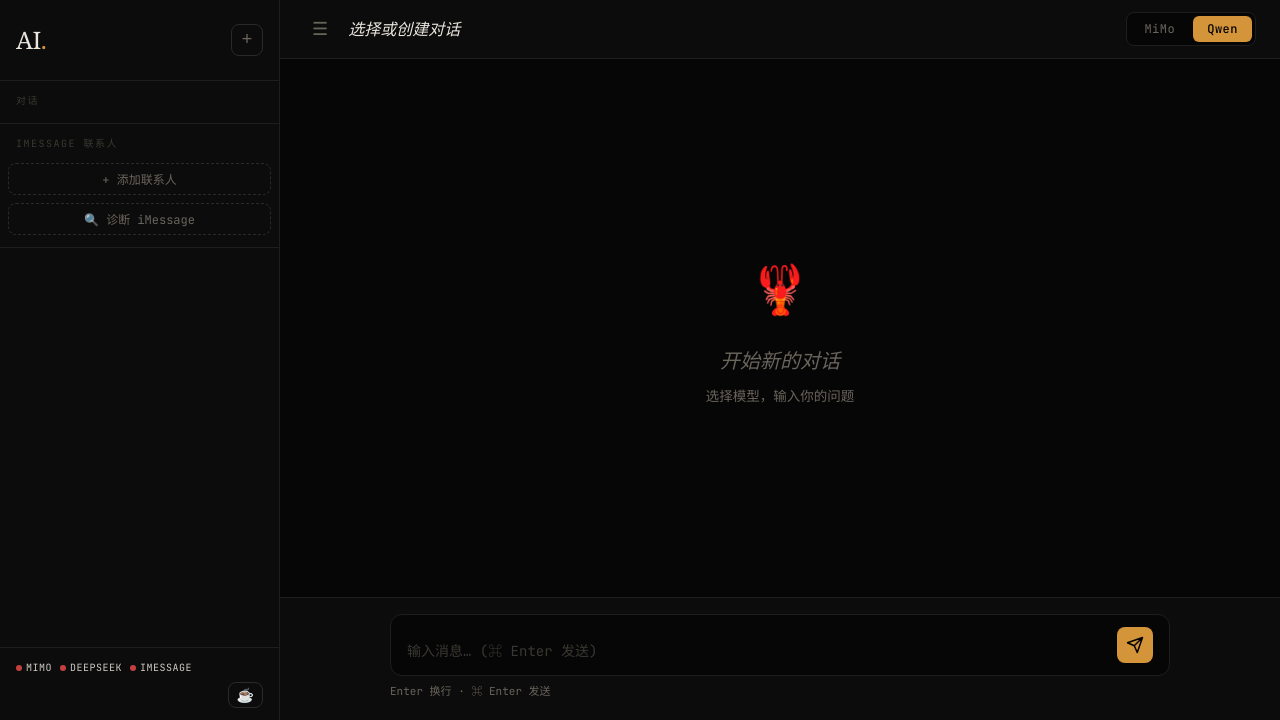
Repository: PenterZhang/Ai-Assistant-Localhost
Page: /
These files come from the project's save history. The page is drawn as it stood at one moment and after a run of saves; the edit follows.
The browser window is 1280 px wide. The pictures show the whole page.
The page's requests for data from a server got no answer. Some web fonts or font styles are not loaded; a fallback is used. The project was rebuilt for these pictures with package versions that can differ from the ones it lists, and the page was loaded fresh each time. No one was signed in, and anything a server would have sent is missing. Also part of the build but not shown: vite.config.ts, src/components/CodeBlock.tsx, src/components/MessageBubble.tsx, src/components/AddContactModal.tsx.

Above is the page before, as saved 2026-04-30 15:09:40.

After the next 2 saves:
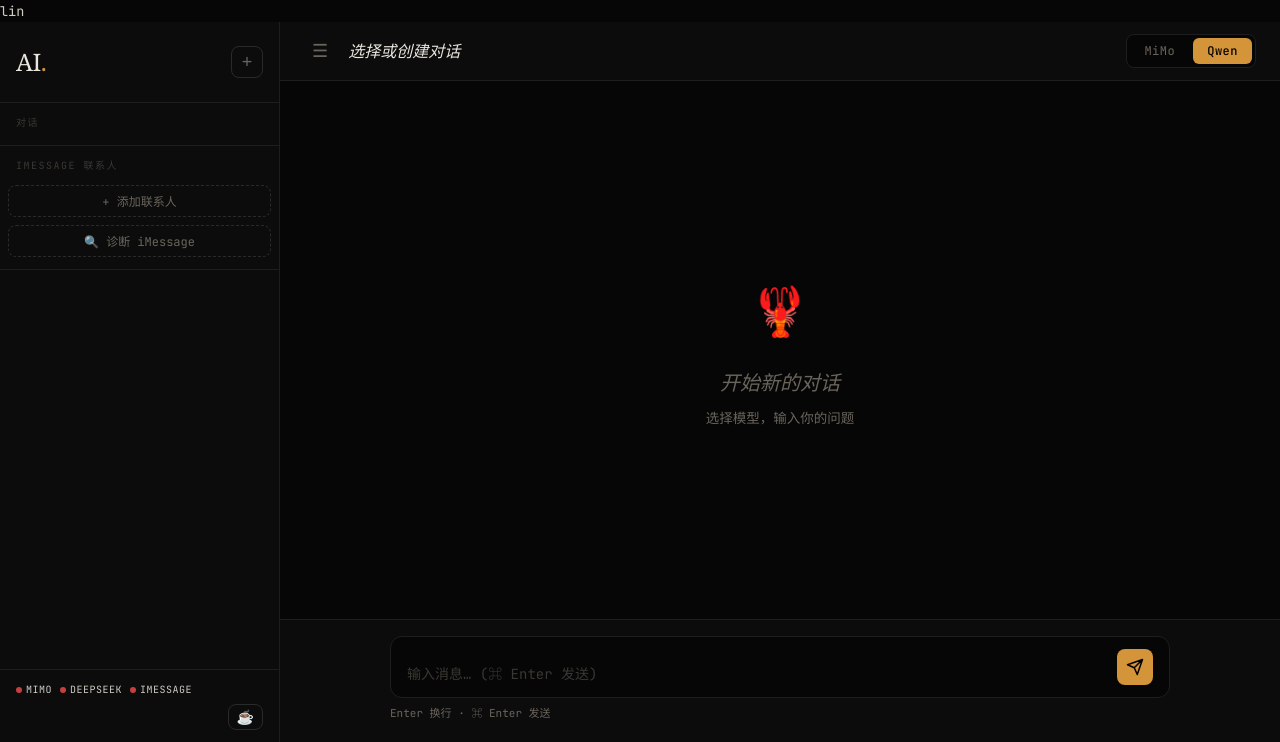
The 2 saves are shown as one change because they came seconds apart.
The last was saved 9 min 13 s later.
--- a/index.html
+++ b/index.html
@@ -4,6 +4,7 @@
     <meta charset="UTF-8" />
     <meta name="viewport" content="width=device-width, initial-scale=1.0" />
     <title>AI Assistant</title>
+    lin
     <link rel="preconnect" href="https://fonts.googleapis.com" />
     <link href="https://fonts.googleapis.com/css2?family=JetBrains+Mono:wght@300;400;500;600&family=Instrument+Serif:ital@0;1&display=swap" rel="stylesheet" />
 </head>
